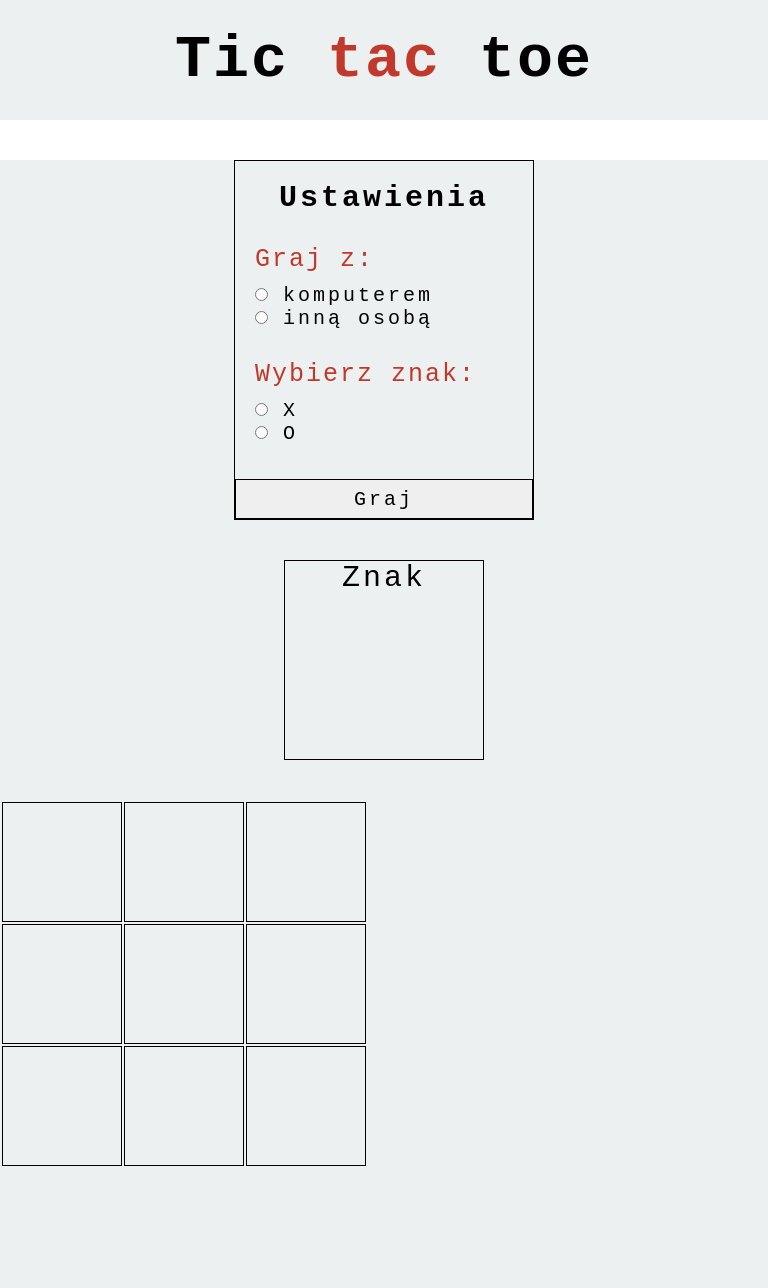
Repository: SebastianArmata22/Tic-Tac-Toe
Page: index.html
These files come from the project's save history. The page is drawn as it stood at one moment and after the next save; the edit follows.
The browser window is 768 px wide. The pictures show the whole page.
Some web fonts or font styles are not loaded; a fallback is used.

Above is the page before, as saved 2020-11-12 19:15:32.

### index.html
<!DOCTYPE html>
<html>
    <head>
        <meta charset="utf-8">
        <meta http-equiv="X-UA-Compatible" content="IE=edge">
        <title></title>
        <meta name="description" content="">
        <meta name="viewport" content="width=device-width, initial-scale=1">
        <link rel="stylesheet" href="style.css">
    </head>
    <body>
        <div class="inscription">
            <h1>Tic <span>tac</span> toe</h1>
        </div>
        <div class="main-content">
            <div class="settings-div">
                <h2>Ustawienia</h2>
                <div class="choice">
                    <p>Graj z:</p>
                    <label><input type="radio" name="player" id="checkComputer" onclick="showSign()"> komputerem</label> </br>
                    <label><input type="radio" name="player" id="checkPlayer"  onclick="notDisplaySign()">  inną osobą</label>

                </div>
                <div class="choice" id="choiceSign">
                    <p>Wybierz znak:</p>
                    <label><input type="radio" name="sign" id="signX" onclick="showSigninHelp()"> X</label></br>
                    <label><input type="radio" name="sign" id="signO" onclick="showSigninHelp()"> O</label>
                </div>
                <button class="game-btn" onclick="start()">Graj</button>
            </div>
            <div class="help-div">
                <p>Znak</p>
                <h1 id="sign"></h1>
            </div>
            <div class="tic-tac-toe-div">
                <table>
                    <tr>
                        <th class="" id="1" onclick="choiceSquare(this,0)"></th>
                        <th id="2" onclick="choiceSquare(this,1)"></th>
                        <th id="3" onclick="choiceSquare(this,2)"><p></p></th>
                    </tr>
                    <tr>
                        <th id="4"  onclick="choiceSquare(this,3)"><p></p></th>
                        <th id="5"  onclick="choiceSquare(this,4)"><p></p></th>
                        <th id="6"  onclick="choiceSquare(this,5)"><p></p></th>
                    </tr>
                    <tr>
                        <th id="7"  onclick="choiceSquare(this,6)"><p></p></th>
                        <th id="8"  onclick="choiceSquare(this,7)"><p></p></th>
                        <th id="9"  onclick="choiceSquare(this,8)"><p></p></th>
                    </tr>
                </table>

            </div>
        </div>
        <div class="win-div">
            <h1 id="winText"></h1>
        </div>

        <script src="script.js" ></script>
    </body>
</html>

### style.css
@import url('https://fonts.googleapis.com/css2?family=Syne+Mono&display=swap');
*{
    margin: 0;
    padding: 0;
    box-sizing: border-box;
    font-family: 'Syne Mono', monospace;
}
.inscription, .win-div{
    height: 15vh;
    display: flex;
    align-items: center;
    justify-content: center;
    font-size: 30px;
    background-color: #ecf0f1;
    letter-spacing: 2px;
}
.inscription span{
    color: #c0392b;
}
.main-content{
    display: flex;
    justify-content:space-around;
    align-items: center;
    min-height: 70vh;
    flex-wrap: wrap;
    background-color: #ecf0f1;

}

th{
border: 1px solid black;
height: 120px;
width: 120px;

}

th:hover{
background-color: #c0392b;
border: 3px solid #c0392b;
transition: all 0.5s ease-out;
}
.tic-tac-toe-div th{
    font-size: 70px;
    cursor: pointer;

}

.settings-div{
    height: 360px;
    position: relative;
    border: 1px solid black;
    width: 300px;
    padding: 20px;
}
.settings-div h2{
    text-align: center;
    letter-spacing: 3px;
    font-size: 30px;
}
.game-btn{
    position: absolute;
    bottom: 0;
    left: 0;
    width: 100%;
    border-style: none;
    height: 40px;
    font-size: 20px;
    letter-spacing: 3px;
    color: black;
    border: 1px solid black;
    cursor: pointer;
}
.game-btn:hover{
    background-color: black;
    color: #bdc3c7;
    transition: all 0.5s ease-out;
}
.choice{
    margin-top: 30px;
}
.choice p{
    font-size: 25px;
    letter-spacing: 2px;
    margin-bottom: 10px;
    color: #c0392b;
}
.choice label{
    font-size: 20px;
    letter-spacing: 3px;
}
.help-div{
    width: 200px;
    height: 200px;
    border: 1px solid black;
}
.help-div p{
    text-align: center;
    font-size: 30px;
    letter-spacing: 3px;
}
.help-div h1{
    display: flex;
    color: #c0392b;
    font-size: 100px;
    align-items: center;
    justify-content: center;
}
@media only screen and (max-width: 870px){
.main-content{
    display: block;
}
.settings-div, .help-div, .tic-tac-toe-div{
    margin: auto;
    margin-top: 40px;
}
}

### script.js
const checkComputer= document.getElementById("checkComputer");
const checkPlayer= document.getElementById("checkPlayer");
const checkX= document.getElementById("signX");
const checkO= document.getElementById("signO");
const all_th = document.getElementsByTagName("th");
const choiceSign=document.getElementById("choiceSign");
const sign=document.getElementById("sign");
const winText=document.getElementById("winText");
const helpDiv=document.getElementsByClassName("help-div");

const signX='x';
const signO='o';
let presentSign;
let array_signs=[];
let win=false;
let computerSign;
let playerSign;

function unchecked(){
    checkComputer.checked=false;
    checkPlayer.checked=false;
    checkX.checked=false;
    checkO.checked=false;
}
unchecked();

function start(){
    win=false;
    for(i=0;i<9;i++){
        array_signs[i]="";
    }
    if(checkComputer.checked){
        gameWithComputer();
        helpDiv[0].style.display='none';
    }else if(checkPlayer.checked){
        gameWithPlayer();
        helpDiv[0].style.display='block';

    }
    winText.innerHTML="";
}

function gameWithComputer(){
    cleanBoard();
    if(checkX.checked){
        computerSign=signO;
        playerSign=signX;
    }else if(checkO.checked){
        computerSign=signX;
        playerSign=signO;
    }
    presentSign=playerSign;
}
function moveComputer(){
    const position=Math.floor(Math.random()*9);
    console.log(position);
    if(!checkWin()){
        if(checkTie()){
            if(array_signs[position]==''){
            all_th[position].innerHTML=presentSign;
            array_signs[position]=presentSign;
            changeOfSign();
            } else{
                console.log('jescze raz');
                moveComputer();
            }
        }else
        winText.innerHTML="Remis";
    }
}
function changeOfSign(){
    if(!checkWin())
    if(presentSign==signX){
        presentSign=signO;
        }
        else{
        presentSign=signX;
        }
        sign.innerHTML=presentSign;
        if(!checkTie())
    winText.innerHTML='Remis';
}

function choiceSquare(square, number){
    console.log(number);
    if(win==false&&checkTie()){
        if(array_signs[number]=="")
        {
            square.innerHTML=presentSign;
            array_signs[number]=presentSign;
            changeOfSign();
            if(checkComputer.checked)
        {
            moveComputer();
            console.log("jjj");
        }
        }
    }
}
function cleanBoard(){
    for(i=0;i<9;i++){
        all_th[i].innerHTML="";
    }
}
function gameWithPlayer(){
cleanBoard();
presentSign=signX;
sign.innerHTML=presentSign;
}

function showSign(){
    choiceSign.style.display="block";
}

function showSigninHelp(){
    if(checkX.checked){
    sign.innerHTML='x';
    }else if(checkO.checked)
    sign.innerHTML='o';
}
function notDisplaySign(){
    choiceSign.style.display="none";
    sign.innerHTML="";
}

function checkWin(){
    console.log(array_signs[0]==array_signs[1]&&array_signs[1]==array_signs[2]);
if(array_signs[0]==array_signs[1]&&array_signs[1]==array_signs[2]&&array_signs[0]!=''
    ||array_signs[3]==array_signs[4]&&array_signs[4]==array_signs[5]&&array_signs[3]!=''
    ||array_signs[6]==array_signs[7]&&array_signs[7]==array_signs[8]&&array_signs[6]!=''
    ||array_signs[0]==array_signs[3]&&array_signs[3]==array_signs[6]&&array_signs[0]!=''
    ||array_signs[1]==array_signs[4]&&array_signs[4]==array_signs[7]&&array_signs[1]!=''
    ||array_signs[2]==array_signs[5]&&array_signs[8]==array_signs[5]&&array_signs[2]!=''
    ||array_signs[0]==array_signs[4]&&array_signs[4]==array_signs[8]&&array_signs[0]!=''
    ||array_signs[2]==array_signs[4]&&array_signs[4]==array_signs[6]&&array_signs[2]!='')
    {
        winText.innerHTML="Zwycięstwo dla "+presentSign;
        win=true;
        return true;
    }
else{
        return false;
    }
}

function checkTie(){
    for(i=0;i<9;i++){
        if(array_signs[i]=="")
        return true;
    }
    return false;
}

After the next save:
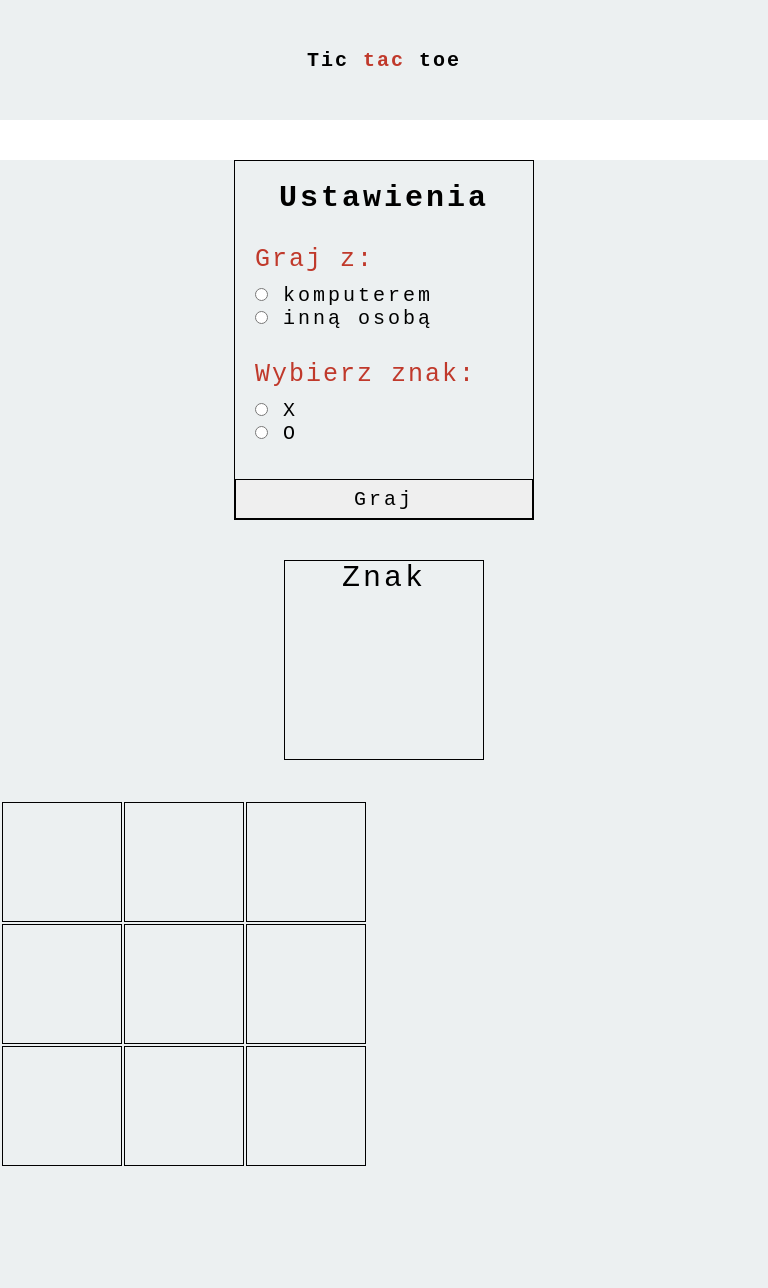
Saved 58 s later.
--- a/style.css
+++ b/style.css
@@ -113,4 +113,7 @@ transition: all 0.5s ease-out;
     margin: auto;
     margin-top: 40px;
 }
+h1{
+    font-size: 20px;
 }
+}
